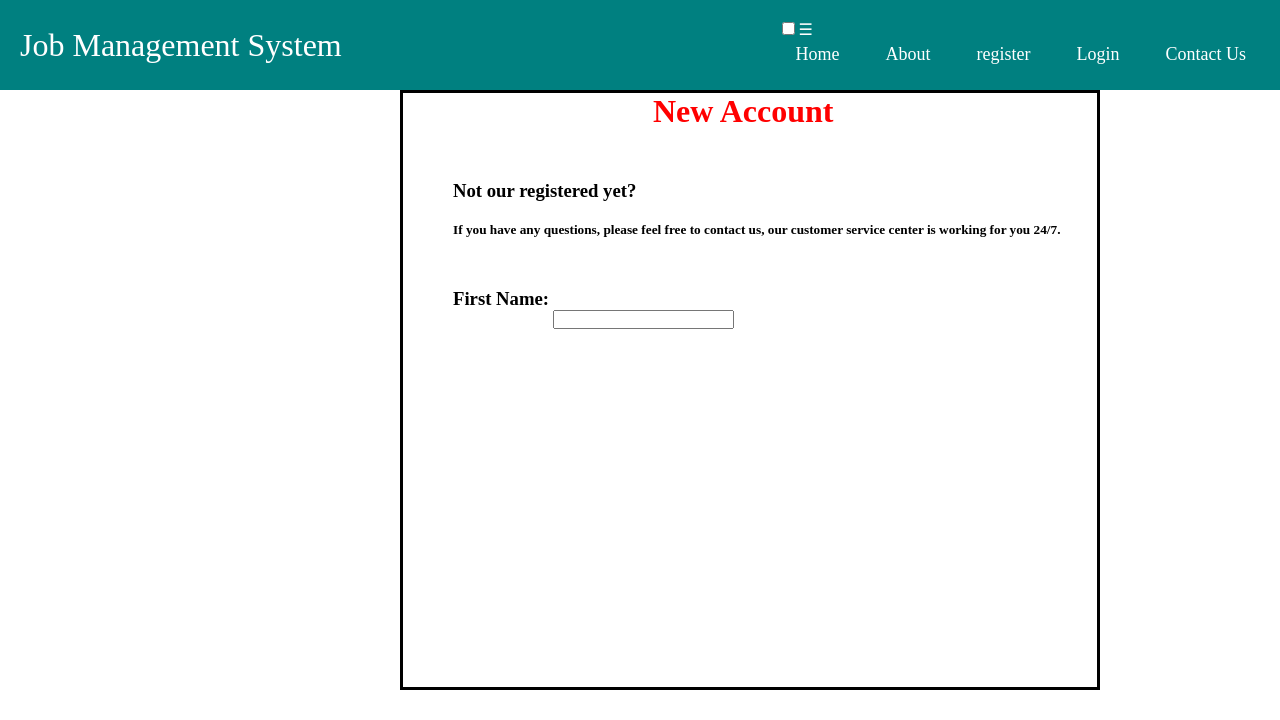
Repository: PrinceKumawat1109/JFSD
Page: http://localhost/Job-management/employeeregister.jsp
These files come from the project's save history. The page is drawn as it stood at one moment and after the next save; the edit follows.
The browser window is 1280 px wide. The pictures show the whole page.
The page is served by Tomcat 9.

Above is the page before, as saved 2022-10-29 18:52:00.

After the next save:
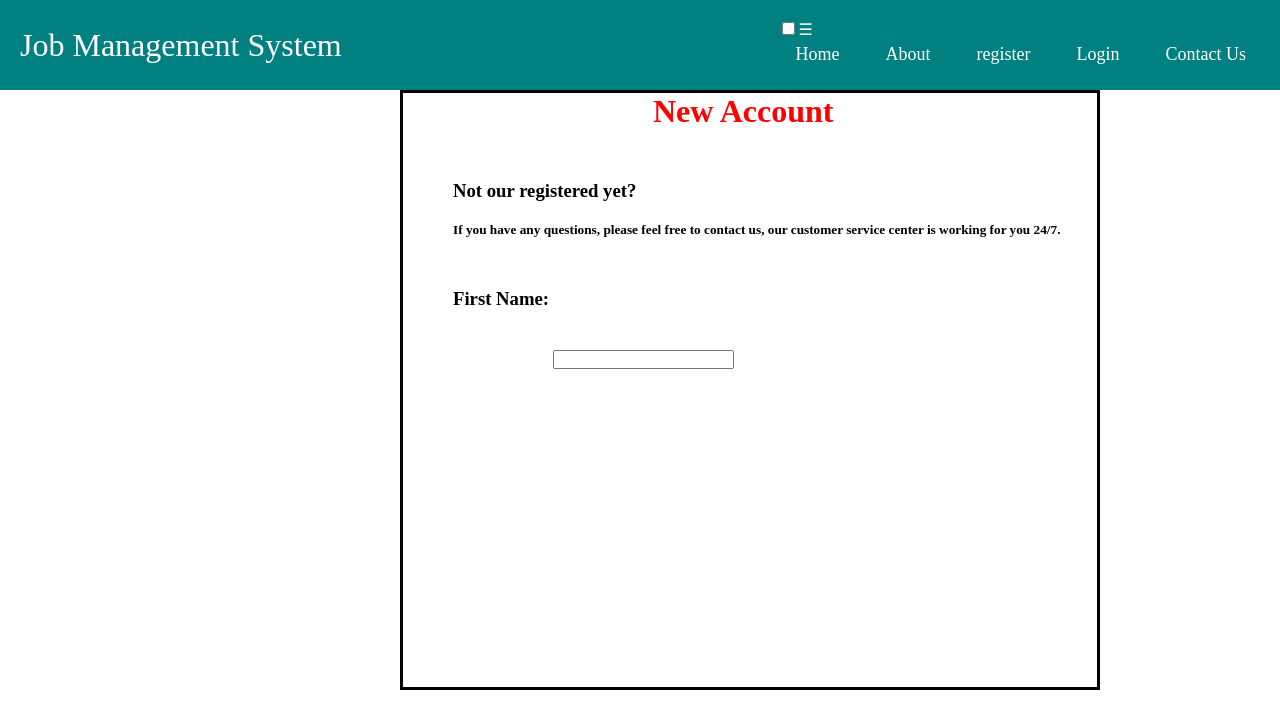
Saved 16 s later.
--- a/Job-management/src/main/webapp/employeeregister.jsp
+++ b/Job-management/src/main/webapp/employeeregister.jsp
@@ -23,7 +23,7 @@
 	<h3 style="margin-left: 50px; margin-top: 50px;">Not our registered yet?</h3>
 	<h5 style="margin-left: 50px; margin-top: 20px;">If you have any questions, please feel free to contact us, our customer service center is working for you 24/7.</h5>
 	<h3 style="margin-left: 50px; margin-top: 50px;">First Name:</h3>
-	<input style="margin-left: 150px; margin-top: -40px;" type="box">
+	<input style="margin-left: 150px; margin-top: 40px;" type="box">
 
 	</div>
 </body>

After the save that followed:
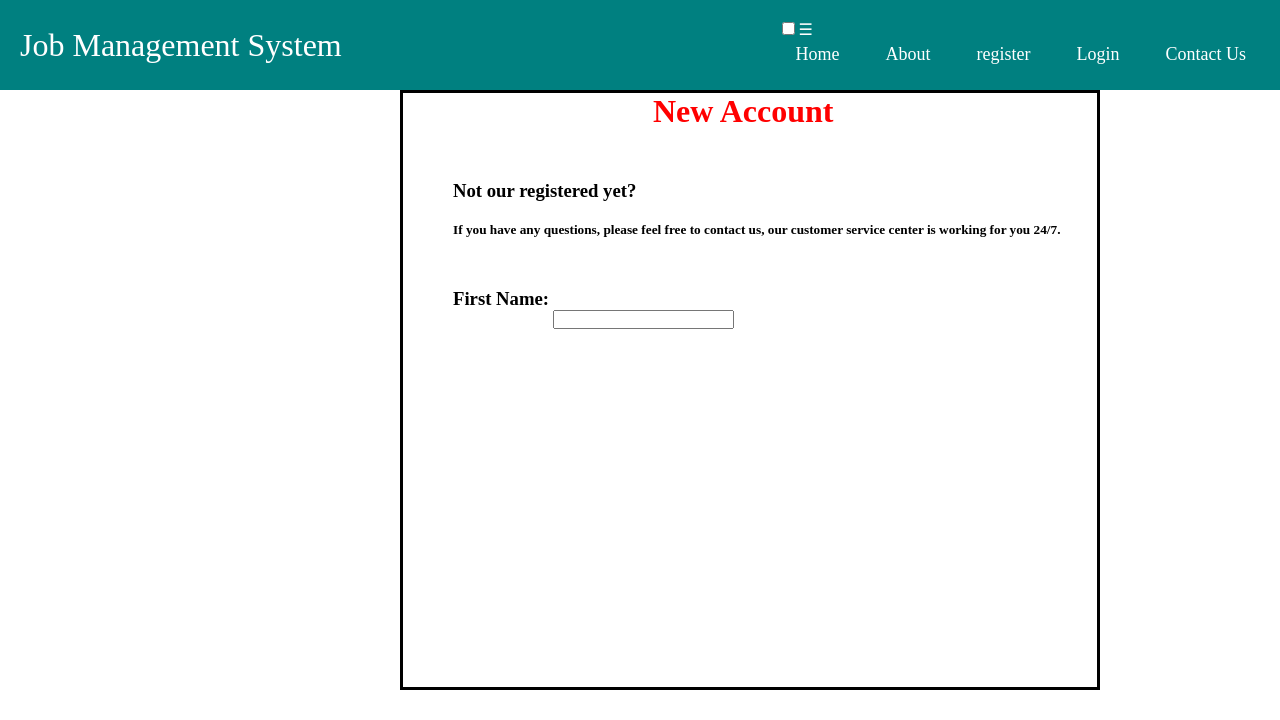
Saved 12 s later.
--- a/Job-management/src/main/webapp/employeeregister.jsp
+++ b/Job-management/src/main/webapp/employeeregister.jsp
@@ -23,7 +23,7 @@
 	<h3 style="margin-left: 50px; margin-top: 50px;">Not our registered yet?</h3>
 	<h5 style="margin-left: 50px; margin-top: 20px;">If you have any questions, please feel free to contact us, our customer service center is working for you 24/7.</h5>
 	<h3 style="margin-left: 50px; margin-top: 50px;">First Name:</h3>
-	<input style="margin-left: 150px; margin-top: 40px;" type="box">
+	<input style="margin-left: 150px; margin-top: -80px;" type="box">
 
 	</div>
 </body>
